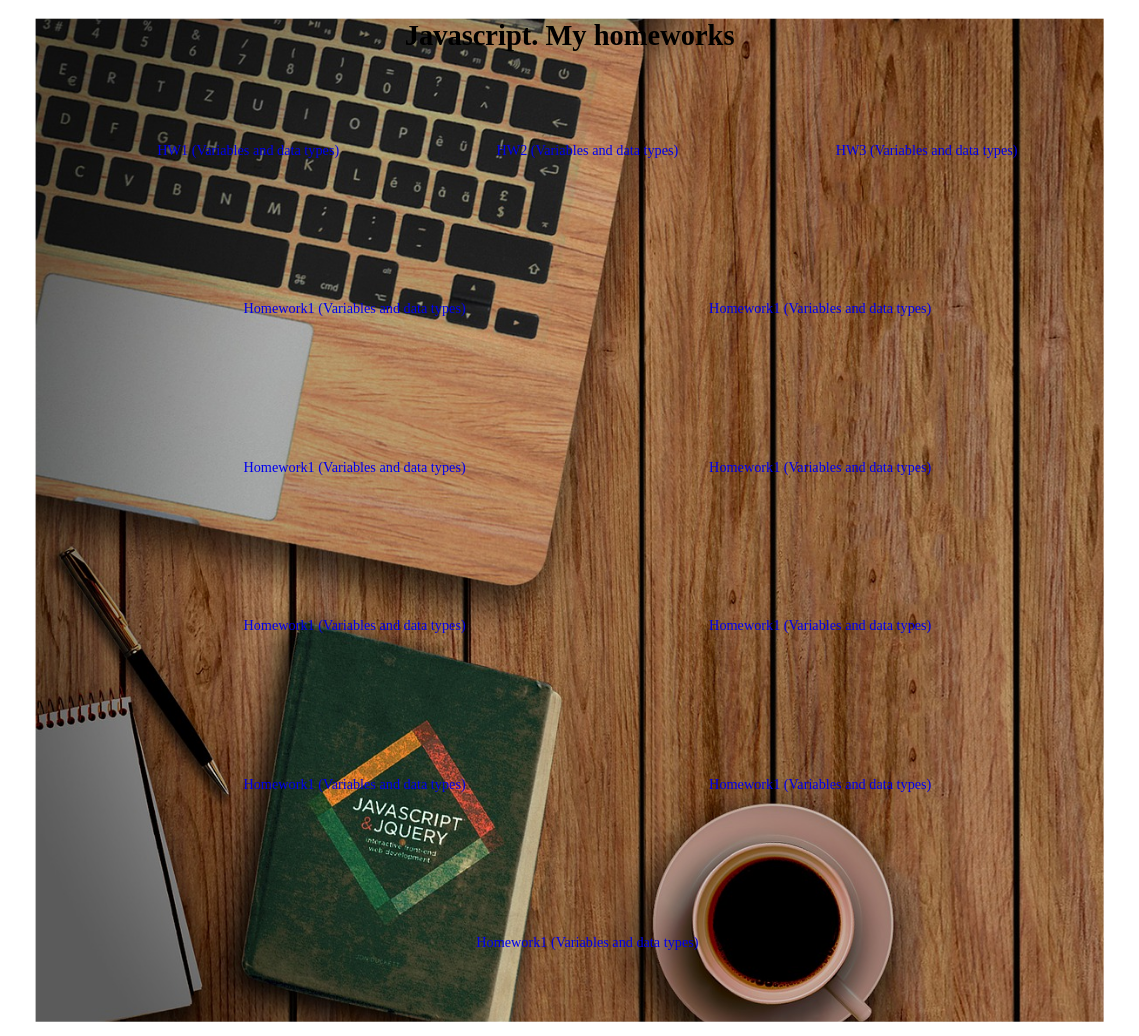
Repository: mariiastetsko/cursor-js-hw
Page: index.html
An editor plug-in stored every save of this project. The page is shown before and after a run of saves, followed by the edit.
The browser window is 1280 px wide. The pictures show the whole page, at 89% of full size.

Above is the page before, as saved 2020-07-22 19:56:42.

### index.html
<!DOCTYPE html>
<html lang="en">
  <head>
    <meta charset="UTF-8" />
    <meta name="viewport" content="width=device-width, initial-scale=1.0" />
    <title>Cursor.JS.Homeworks</title>
    <link rel="stylesheet" href="./style.css" />
  </head>
  <body>
    <div class="homeworks">
    <h1>Javascript. My homeworks</h1>
    <ul class="list">
      <li>
        <a href="./HW1/index.html">HW1 (Variables and data types)</a>
      </li>
      <li><a href="./HW2/index.html">HW2 (Variables and data types)</a></li>
      <li><a href="./HW3/index.html">HW3 (Variables and data types)</a></li>
      <li><a href="./HW4/index.html">Homework1 (Variables and data types)</a></li>
      <li><a href="./HW5/index.html">Homework1 (Variables and data types)</a></li>
      <li><a href="./HW6/index.html">Homework1 (Variables and data types)</a></li>
      <li><a href="./HW7/index.html">Homework1 (Variables and data types)</a></li>
      <li><a href="./HW8/index.html">Homework1 (Variables and data types)</a></li>
      <li><a href="./HW9/index.html">Homework1 (Variables and data types)</a></li>
      <li><a href="./HW10/index.html">Homework1 (Variables and data types)</a></li>
      <li><a href="./HW11/index.html">Homework1 (Variables and data types)</a></li>
      <li><a href="./HW12/index.html">Homework1 (Variables and data types)</a></li>
    </ul>
  </div>
  </body>
</html>

### style.css
* {
    box-sizing: border-box;
}

body {
    margin: auto;
    padding: 0;
    width: 1200px;
    min-height: 100vh;
}

.homeworks {
    background-image: url('./background.jpg');
    background-repeat: no-repeat;
    background-size: cover;
}

ul {
    list-style: none;
}

.list {
    display: flex;
    justify-content: space-evenly;
    flex-wrap: wrap;
}

li, a {
    text-decoration: none;
    padding: 30px 10px;
    margin: 50px 30px;
}

h1 {
    text-align: center;
}

After the next 5 saves:
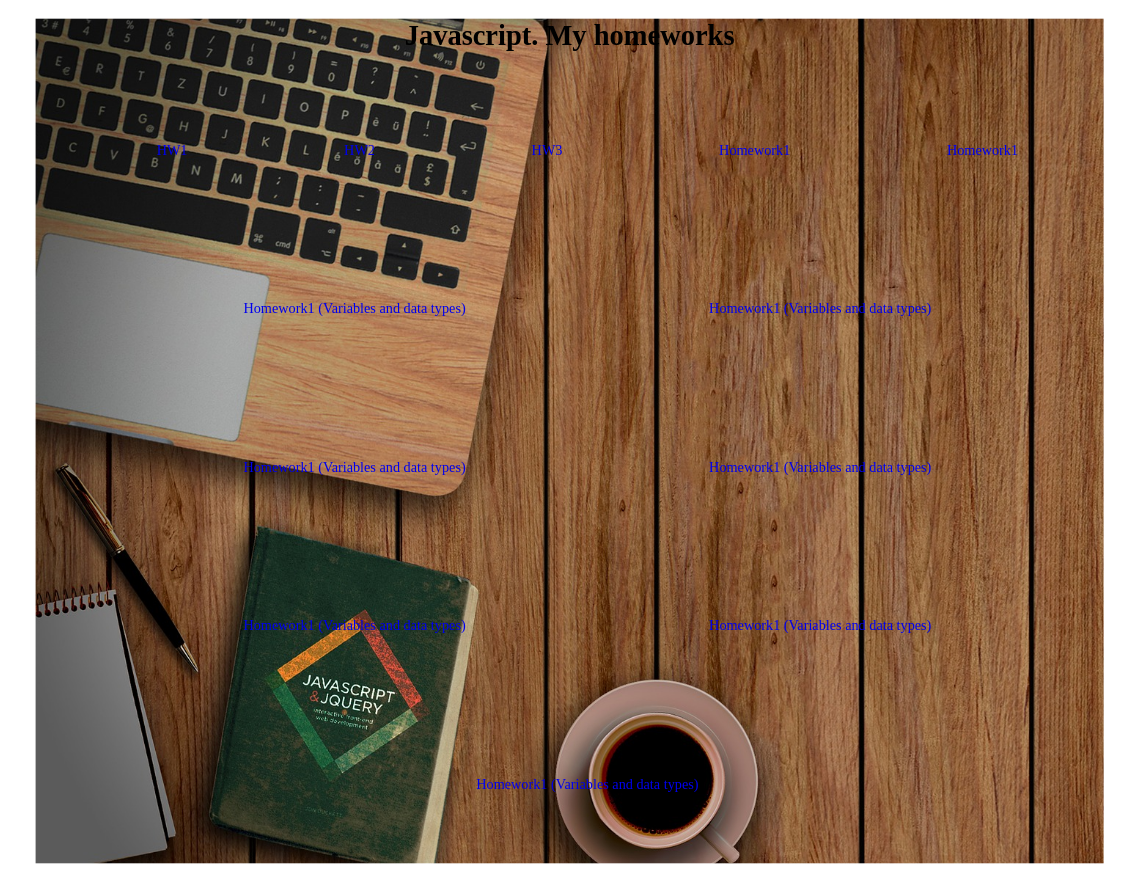
The 5 saves are shown as one change because they came seconds apart.
The last was saved 33 s later.
--- a/index.html
+++ b/index.html
@@ -11,12 +11,12 @@
     <h1>Javascript. My homeworks</h1>
     <ul class="list">
       <li>
-        <a href="./HW1/index.html">HW1 (Variables and data types)</a>
+        <a href="./HW1/index.html">HW1</a>
       </li>
-      <li><a href="./HW2/index.html">HW2 (Variables and data types)</a></li>
-      <li><a href="./HW3/index.html">HW3 (Variables and data types)</a></li>
-      <li><a href="./HW4/index.html">Homework1 (Variables and data types)</a></li>
-      <li><a href="./HW5/index.html">Homework1 (Variables and data types)</a></li>
+      <li><a href="./HW2/index.html">HW2 </a></li>
+      <li><a href="./HW3/index.html">HW3</a></li>
+      <li><a href="./HW4/index.html">Homework1</a></li>
+      <li><a href="./HW5/index.html">Homework1</a></li>
       <li><a href="./HW6/index.html">Homework1 (Variables and data types)</a></li>
       <li><a href="./HW7/index.html">Homework1 (Variables and data types)</a></li>
       <li><a href="./HW8/index.html">Homework1 (Variables and data types)</a></li>
